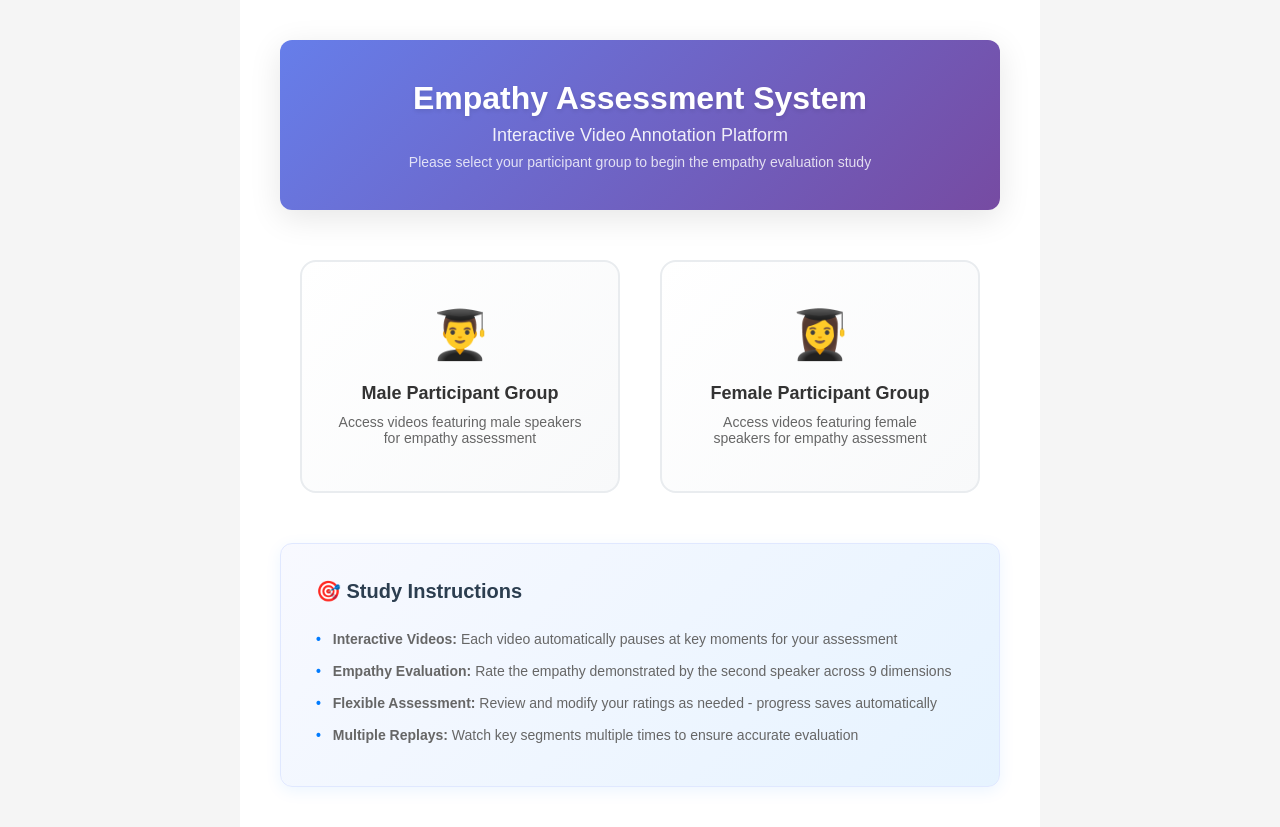
Repository: Matsuyou-Wang/MPES-system
Page: gender-selection.html
The author's editor kept a copy of each file at every save. The page is drawn from the files as they stood at one save, then again after the next save.
The browser window is 1280 px wide. The pictures show the whole page.

Above is the page before, as saved 2025-11-25 10:39:52.

After the next save:
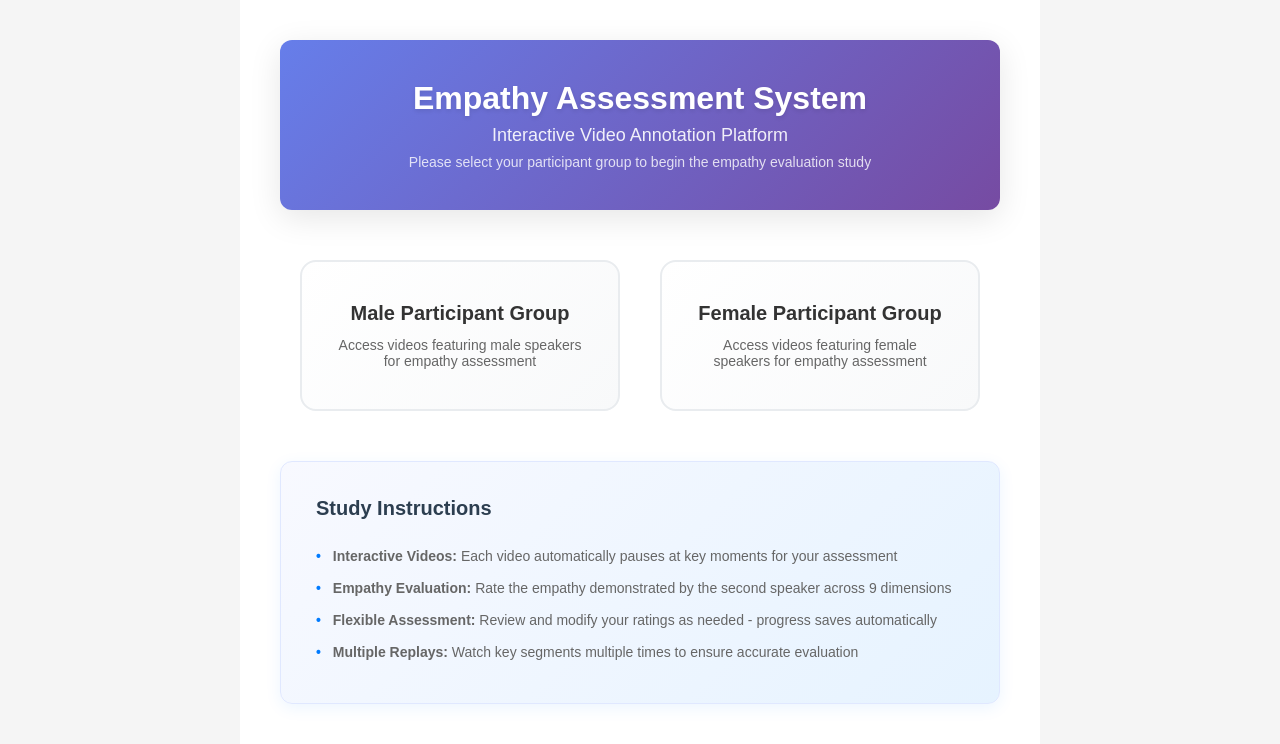
Saved 2 min 53 s later.
--- a/gender-selection.html
+++ b/gender-selection.html
@@ -57,7 +57,7 @@
             background: linear-gradient(135deg, #ffffff 0%, #f8f9fa 100%);
             border: 2px solid #e9ecef;
             border-radius: 16px;
-            padding: 45px 35px;
+            padding: 40px 35px;
             cursor: pointer;
             transition: all 0.3s cubic-bezier(0.4, 0, 0.2, 1);
             min-width: 280px;
@@ -90,21 +90,10 @@
             box-shadow: 0 12px 40px rgba(33, 150, 243, 0.2);
         }
 
-        .gender-icon {
-            font-size: 3em;
-            margin-bottom: 20px;
-            display: block;
-            color: #666;
-        }
-
-        .gender-option:hover .gender-icon {
-            color: #007bff;
-        }
-
         .gender-title {
-            font-size: 18px;
+            font-size: 20px;
             font-weight: 600;
-            margin-bottom: 10px;
+            margin-bottom: 12px;
             color: #333;
         }
 
@@ -160,20 +149,18 @@
 
         <div class="gender-options">
             <div class="gender-option male" id="maleOption">
-                <span class="gender-icon">👨‍🎓</span>
                 <div class="gender-title">Male Participant Group</div>
                 <div class="gender-description">Access videos featuring male speakers for empathy assessment</div>
             </div>
 
             <div class="gender-option female" id="femaleOption">
-                <span class="gender-icon">👩‍🎓</span>
                 <div class="gender-title">Female Participant Group</div>
                 <div class="gender-description">Access videos featuring female speakers for empathy assessment</div>
             </div>
         </div>
 
         <div class="info-section">
-            <h3>🎯 Study Instructions</h3>
+            <h3>Study Instructions</h3>
             <ul>
                 <li><strong>Interactive Videos:</strong> Each video automatically pauses at key moments for your assessment</li>
                 <li><strong>Empathy Evaluation:</strong> Rate the empathy demonstrated by the second speaker across 9 dimensions</li>
